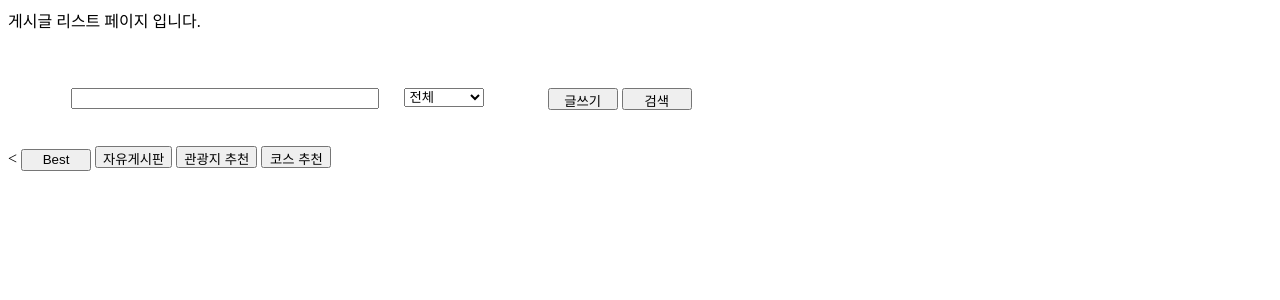
Repository: HJCroCat/project4
Page: http://localhost/koravle/boardMain.jsp
These files come from the project's save history. The page is drawn as it stood at one moment and after the next save; the edit follows.
The browser window is 1280 px wide. The pictures show the whole page.
The page is served by Tomcat 9. Nobody is signed in. The application's start-up code is not run.

Above is the page before, as saved 2021-12-10 09:59:44.

After the next save:
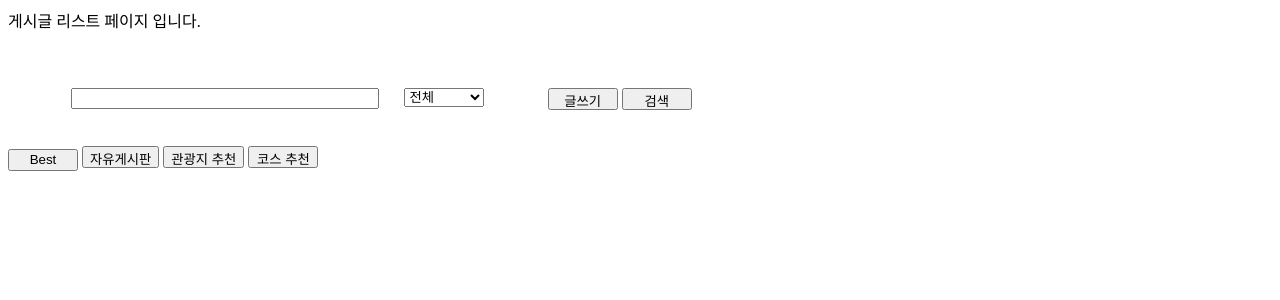
Saved 9 s later.
--- a/koravle/koravle/src/main/webapp/boardMain.jsp
+++ b/koravle/koravle/src/main/webapp/boardMain.jsp
@@ -28,7 +28,7 @@
 		<div>
 			<br/>
 			<br/>
-			<
+
 			<button class="btn" href="boardList.do" name="boardBest">Best</button>
 			<button class="btn" href="boardList.do" name="boardFree">자유게시판</button>
 			<button class="btn" href="boardList.do" name="boardRegion">관광지 추천</button>
